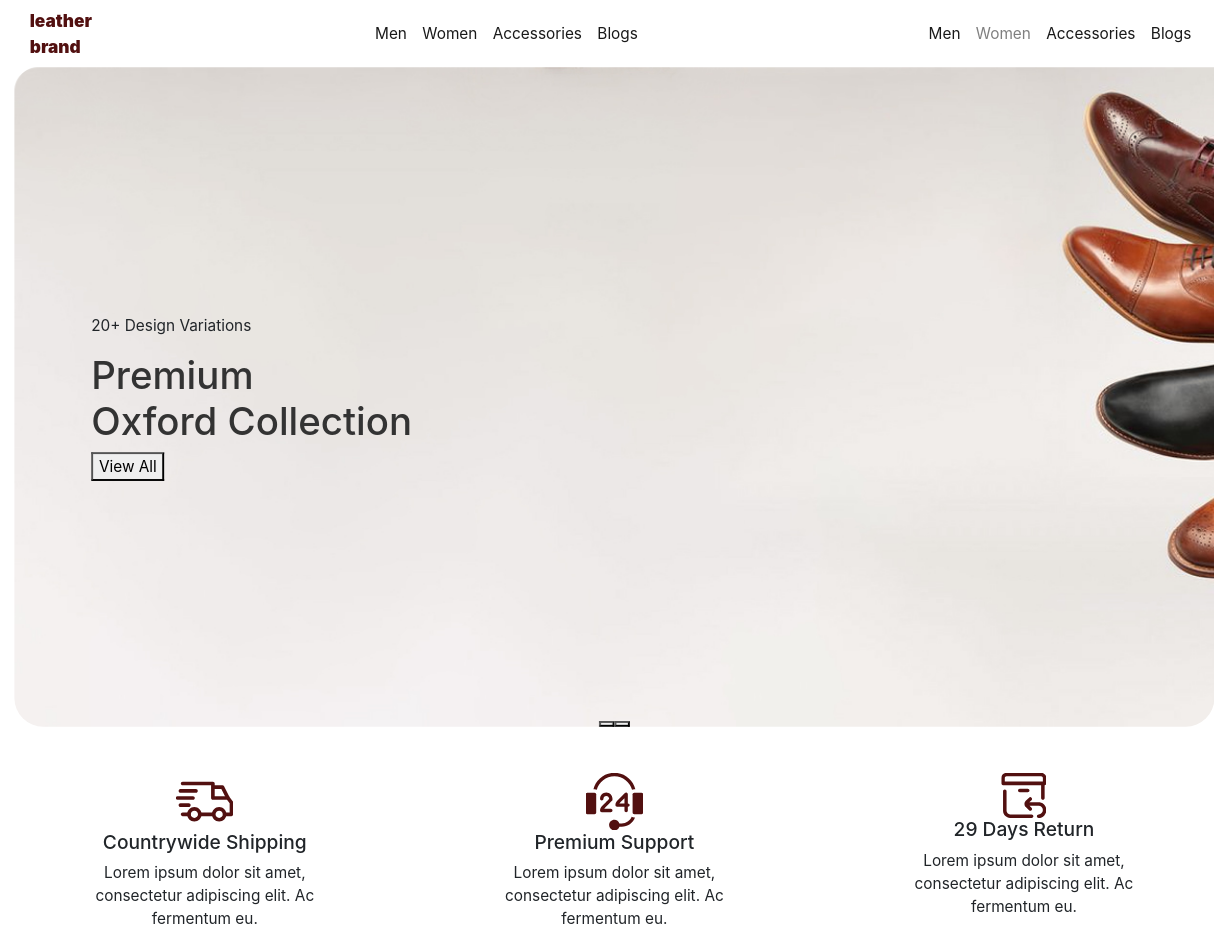
Repository: arif286/fashion-house
Page: /
The author's editor kept a copy of each file at every save. The page is drawn from the files as they stood at one save, then again after the next save.
The browser window is 1280 px wide. The pictures show the whole page, at 96% of full size.
The project was rebuilt for these pictures with package versions that can differ from the ones it lists, and the page was loaded fresh each time. The framework's server and built-in components were replaced by stand-ins that run in the browser. Also part of the build but not shown: nuxt.config.js, components/Contact.vue, components/DisplayCollection.vue, components/Footer.vue, components/NewCollection.vue, components/NuxtLogo.vue, components/Products.vue, components/Tutorial.vue.

Above is the page before, as saved 2021-07-11 22:24:39.

### components/Nav.vue
<template>
  <nav class="navbar container navbar-expand-lg navbar-light">
    <div class="container-fluid">
      <div class="nav-title">
        <span>leather</span>
        <br />
        <span>brand</span>
      </div>
      <button
        class="navbar-toggler"
        type="button"
        data-bs-toggle="collapse"
        data-bs-target="#navbarSupportedContent"
        aria-controls="navbarSupportedContent"
        aria-expanded="false"
        aria-label="Toggle navigation"
      >
        <span class="navbar-toggler-icon"></span>
      </button>
      <div id="navbarSupportedContent" class="collapse navbar-collapse">
        <div class="d-flex justify-content-center w-100">
          <ul class="navbar-nav mb-2 mb-lg-0">
            <li class="nav-item">
              <a class="nav-link active" aria-current="page" href="#">Men</a>
            </li>
            <li class="nav-item">
              <a class="nav-link active" href="#">Women</a>
            </li>
            <li class="nav-item">
              <a class="nav-link active" href="#"> Accessories </a>
            </li>
            <li class="nav-item">
              <a class="nav-link active" href="#">Blogs</a>
            </li>
          </ul>
        </div>
        <div class="ml-auto">
          <ul class="navbar-nav mb-2 mb-lg-0">
            <li class="nav-item">
              <a class="nav-link active" aria-current="page" href="#">Men</a>
            </li>
            <li class="nav-item">
              <a class="nav-link" href="#">Women</a>
            </li>
            <li class="nav-item">
              <a class="nav-link active" href="#"> Accessories </a>
            </li>
            <li class="nav-item">
              <a class="nav-link active" href="#">Blogs</a>
            </li>
          </ul>
        </div>
      </div>
    </div>
  </nav>
</template>

<script></script>
<style scoped>
.nav-title {
  color: #521010;
  font-weight: 900;
  font-size: 18px;
}
.nav-title:hover {
  color: #521010;
  font-weight: bold;
}
.nav-item a {
  color: #000;
}
</style>

### components/Service.vue
<template>
  <div class="container">
    <div class="row">
      <div
        v-for="service in services"
        :key="service.id"
        class="col-md-4 col-12"
      >
        <div class="d-flex justify-content-center">
          <div class="service-box text-center">
            <img :src="require(`@/assets/Images/${service.image}`)" alt="" />
            <h5>{{ service.title }}</h5>
            <p>{{ service.text }}</p>
          </div>
        </div>
      </div>
    </div>
  </div>
</template>

<script>
export default {
  props: {
    services: { type: Array, required: true },
  },
}
</script>
<style>
.service-box {
  width: 250px;
}
</style>

### components/Slider.vue
<template>
  <div class="container mb-5">
    <div
      id="carouselExampleIndicators"
      class="carousel slide"
      data-bs-ride="carousel"
    >
      <div class="carousel-indicators">
        <button
          type="button"
          data-bs-target="#carouselExampleIndicators"
          data-bs-slide-to="0"
          class="active"
          aria-current="true"
          aria-label="Slide 1"
        ></button>
        <button
          type="button"
          data-bs-target="#carouselExampleIndicators"
          data-bs-slide-to="1"
          aria-label="Slide 2"
        ></button>
      </div>
      <div class="carousel-inner">
        <div class="carousel-item active d-flex align-items-center">
          <div class="slider-content">
            <p>20+ Design Variations</p>
            <h1>
              Premium
              <br />
              Oxford Collection
            </h1>
            <button>View All</button>
          </div>
        </div>
        <div class="carousel-item">
          <div class="slider-content">
            <p>20+ Design Variations</p>
            <h1>
              Premium
              <br />
              Oxford Collection
            </h1>
            <button>View All</button>
          </div>
        </div>
      </div>
    </div>
  </div>
</template>

<script></script>
<style>
.carousel-item {
  background-image: url('@/assets/Images/hero1.png');
  background-repeat: no-repeat;
  width: 100%;
  background-size: cover;
  height: 687px;
  border-bottom-left-radius: 30px;
  border-bottom-right-radius: 30px;
}
.slider-content {
  margin-left: 80px;
}
.slider-content h1 {
  color: #333333;
}
</style>

### pages/index.vue
<template>
  <div>
    <Nav />
    <Slider />
    <Service :services="serviceData" />
  </div>
</template>

<script>
import { serviceData } from '@/assets/data.js'
export default {
  data() {
    return {
      serviceData,
    }
  },
}
</script>
<style>
@import url('https://fonts.googleapis.com/css2?family=Roboto:ital,wght@0,100;0,300;0,400;0,500;0,700;0,900;1,100;1,300;1,400;1,500;1,700;1,900&display=swap');

.body {
  font-family: 'Roboto', sans-serif;
}
.container {
  max-width: 1780px;
}
</style>

### assets/data.js
export const serviceData = [
  {
    id: 1,
    image: 'delivery.svg',
    title: 'Countrywide Shipping',
    text: 'Lorem ipsum dolor sit amet, consectetur adipiscing elit. Ac fermentum eu.',
  },
  {
    id: 2,
    image: 'call-center.svg',
    title: 'Premium Support',
    text: 'Lorem ipsum dolor sit amet, consectetur adipiscing elit. Ac fermentum eu.',
  },
  {
    id: 3,
    image: 'return.svg',
    title: '29 Days Return',
    text: 'Lorem ipsum dolor sit amet, consectetur adipiscing elit. Ac fermentum eu.'
  }
]

After the next save:
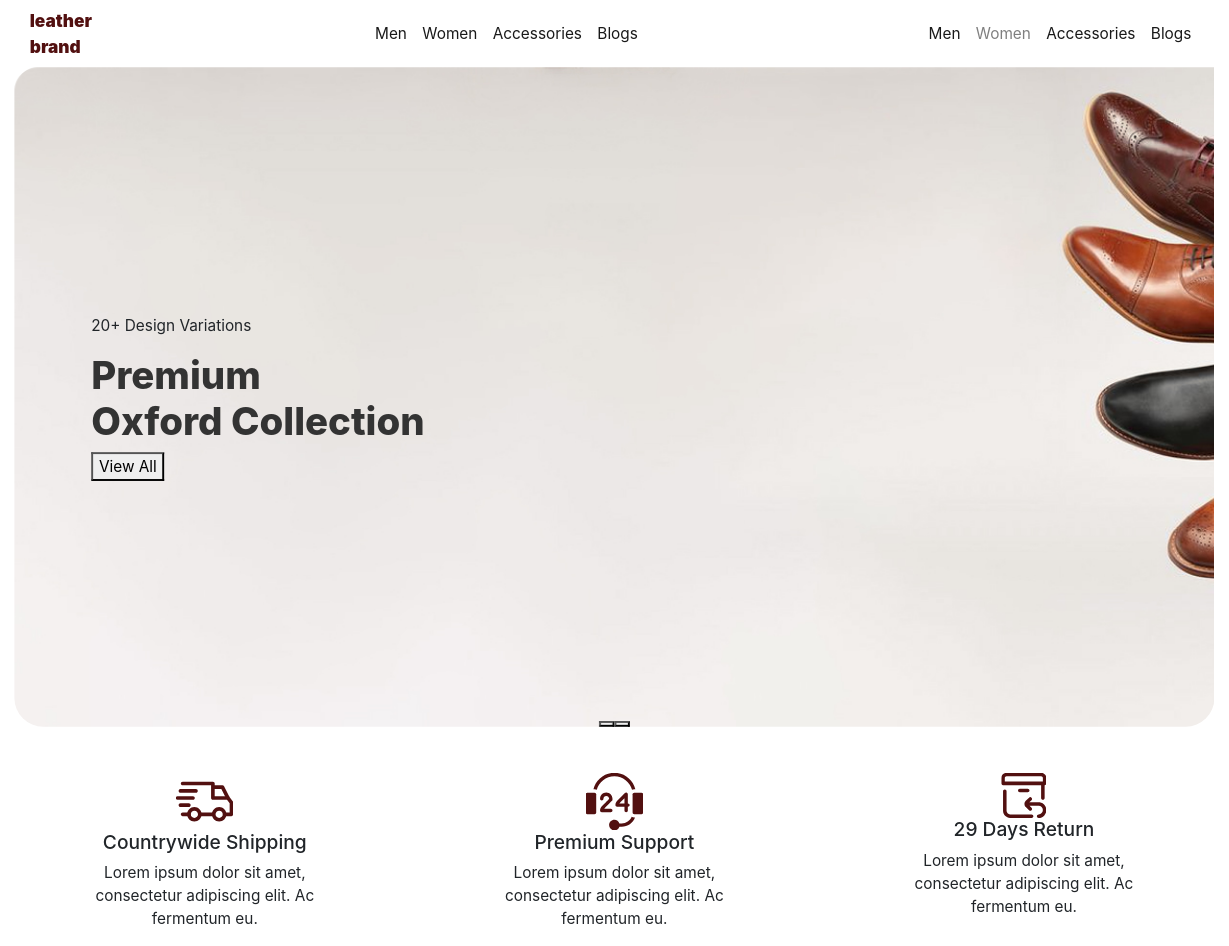
Saved 20 s later.
--- a/components/Slider.vue
+++ b/components/Slider.vue
@@ -65,5 +65,6 @@
 }
 .slider-content h1 {
   color: #333333;
+  font-weight: 800;
 }
 </style>
